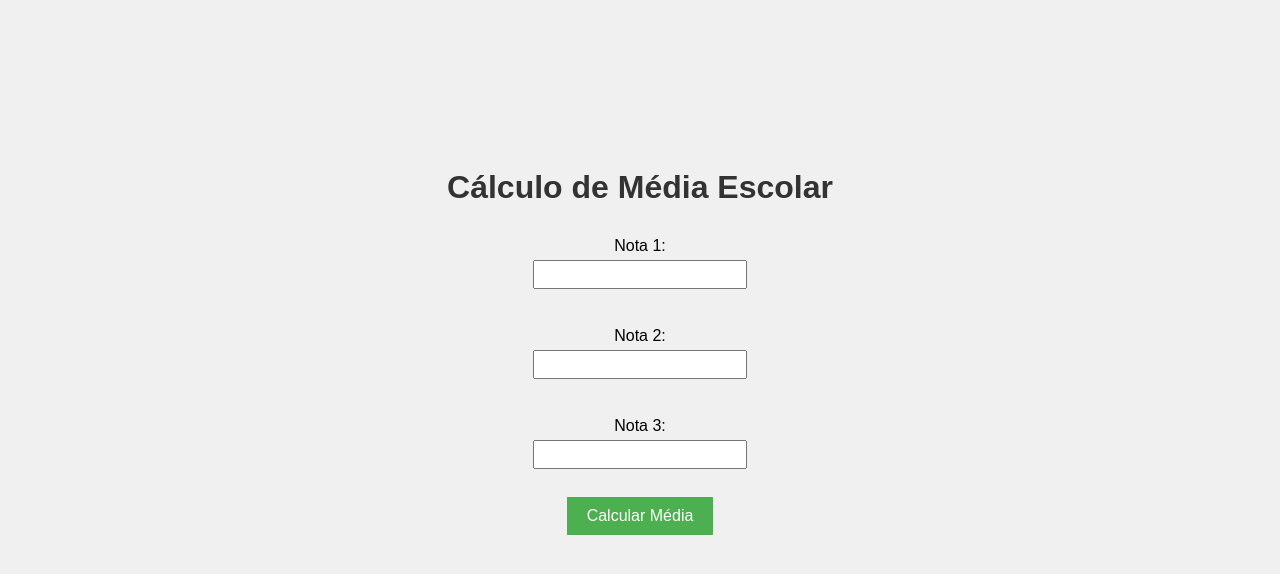
Repository: Gabrielb0rn/JavaScript-HTML.io
Page: atividade 9/index.html
These files come from the project's save history. The page is drawn as it stood at one moment and after a run of saves; the edit follows.
The browser window is 1280 px wide. The pictures show the whole page.

Above is the page before, as saved 2024-07-04 11:25:09.

After the next 8 saves:
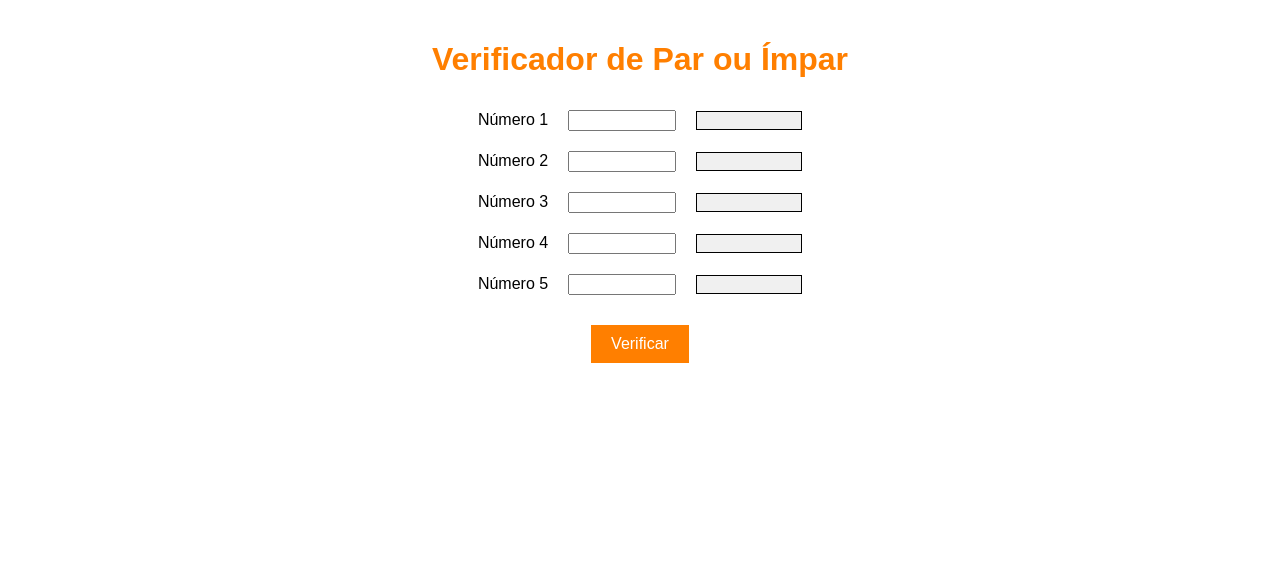
The 8 saves are shown as one change because they came seconds apart.
The last was saved 52 s later.
--- a/atividade 9/index.html
+++ b/atividade 9/index.html
@@ -1,27 +1,89 @@
 <!DOCTYPE html>
-<html lang="pt-br">
+<html lang="pt-BR">
 <head>
     <meta charset="UTF-8">
     <meta name="viewport" content="width=device-width, initial-scale=1.0">
-    <link rel="stylesheet" href="assets/style.css">
-    <title>Cálculo de Média Escolar</title>
+    <title>Verificador de Par ou Ímpar</title>
+    <style>
+        body {
+            font-family: Arial, sans-serif;
+            display: flex;
+            flex-direction: column;
+            align-items: center;
+            margin: 0;
+            padding: 20px;
+        }
+
+        h1 {
+            color: #FF7F00;
+        }
+
+        table {
+            border-collapse: collapse;
+            margin-bottom: 20px;
+        }
+
+        th, td {
+            padding: 10px;
+            text-align: left;
+        }
+
+        input[type="number"], input[type="text"] {
+            width: 100px;
+            text-align: center;
+        }
+
+        input[type="text"] {
+            background-color: #f0f0f0;
+            border: 1px solid #000;
+        }
+
+        button {
+            background-color: #FF7F00;
+            color: white;
+            border: none;
+            padding: 10px 20px;
+            cursor: pointer;
+            font-size: 16px;
+        }
+
+        button:hover {
+            background-color: #e66a00;
+        }
+    </style>
 </head>
 <body>
-    <h1>Cálculo de Média Escolar</h1>
-
-    <label for="nota1">Nota 1:</label>
-    <input type="number" id="nota1" name="nota1"><br>
-
-    <label for="nota2">Nota 2:</label>
-    <input type="number" id="nota2" name="nota2"><br>
-
-    <label for="nota3">Nota 3:</label>
-    <input type="number" id="nota3" name="nota3"><br>
-
-    <button onclick="calcularMedia()">Calcular Média</button>
-
-    <p id="resultado"></p>
-
+    <h1>Verificador de Par ou Ímpar</h1>
+    <table>
+        <tbody>
+            <tr>
+                <td>Número 1</td>
+                <td><input type="number" id="numero1"></td>
+                <td><input type="text" id="resultado1" readonly></td>
+            </tr>
+            <tr>
+                <td>Número 2</td>
+                <td><input type="number" id="numero2"></td>
+                <td><input type="text" id="resultado2" readonly></td>
+            </tr>
+            <tr>
+                <td>Número 3</td>
+                <td><input type="number" id="numero3"></td>
+                <td><input type="text" id="resultado3" readonly></td>
+            </tr>
+            <tr>
+                <td>Número 4</td>
+                <td><input type="number" id="numero4"></td>
+                <td><input type="text" id="resultado4" readonly></td>
+            </tr>
+            <tr>
+                <td>Número 5</td>
+                <td><input type="number" id="numero5"></td>
+                <td><input type="text" id="resultado5" readonly></td>
+            </tr>
+        </tbody>
+    </table>
+    <button onclick="verificar()">Verificar</button>
     <script src="assets/scripts.js"></script>
 </body>
 </html>
